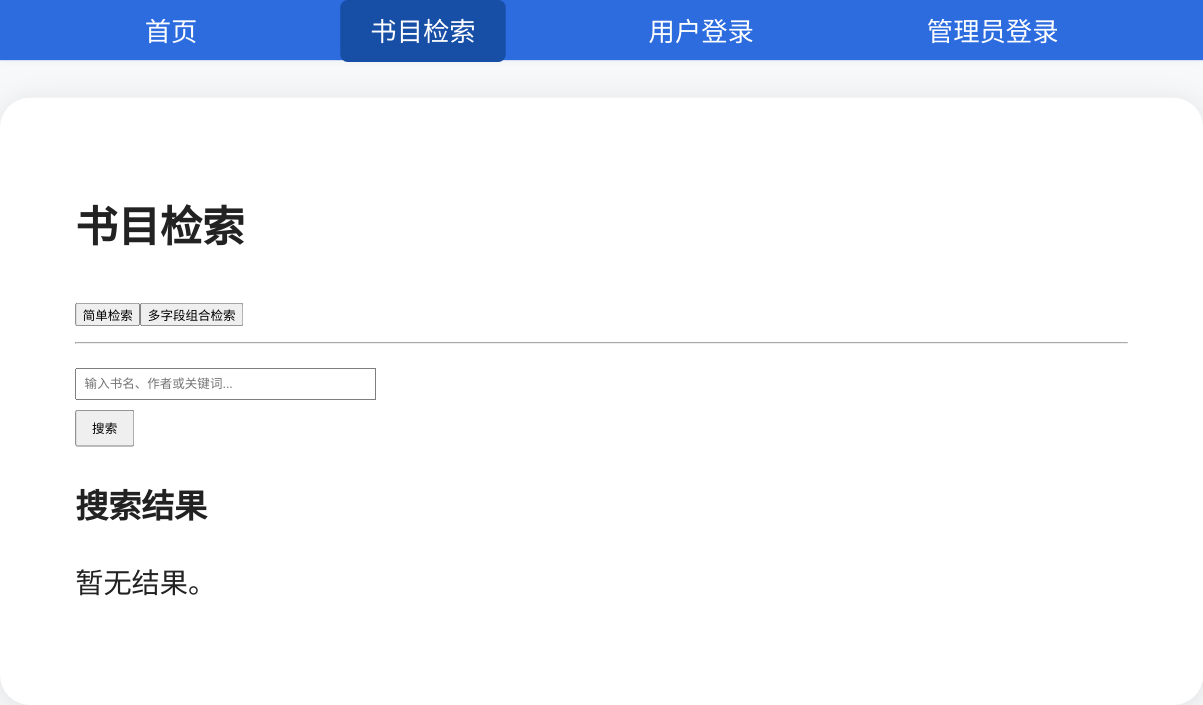
Repository: MercuryRandom/Library-Resource-Management-System
Page: /search (app in frontend/)
An editor plug-in stored every save of this project. The page is shown before and after the next save, followed by the edit.
The browser window is 1280 px wide. The pictures show the whole page, at 94% of full size.
The project was rebuilt for these pictures with package versions that can differ from the ones it lists, and the page was loaded fresh each time. Also part of the build but not shown: frontend/vite.config.js, frontend/src/pages/HomePage.jsx, frontend/src/pages/LoginPage.jsx, frontend/src/pages/RegisterPage.jsx, frontend/src/pages/AdminLoginPage.jsx, frontend/src/pages/AdminPage.jsx, frontend/src/pages/admin/ReaderManagementPage.jsx, frontend/src/pages/admin/BookManagementPage.jsx and 1 more.

Above is the page before, as saved 2025-06-25 20:17:16.

After the next save:
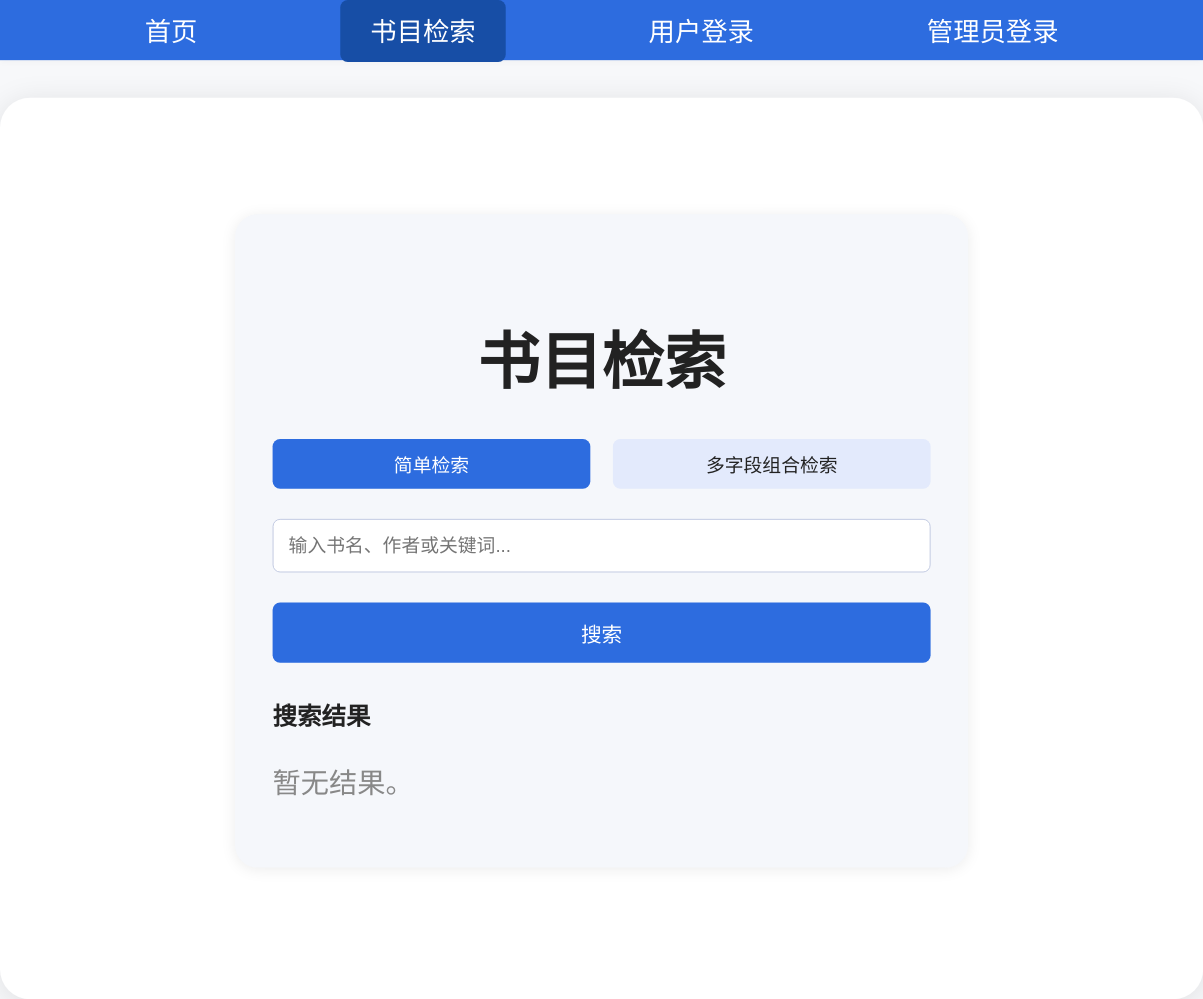
Saved 5 min 13 s later.
--- a/frontend/src/pages/SearchPage.jsx
+++ b/frontend/src/pages/SearchPage.jsx
@@ -12,16 +12,12 @@ const SearchPage = () => {
   };
 
   return (
-    <div>
-      <h2>书目检索</h2>
-
-      <div>
-        <button onClick={() => setSearchType('simple')}>简单检索</button>
-        <button onClick={() => setSearchType('advanced')}>多字段组合检索</button>
+    <div className="form-card" style={{ maxWidth: '700px' }}>
+      <h2 style={{ textAlign: 'center', marginBottom: 32 }}>书目检索</h2>
+      <div style={{ display: 'flex', justifyContent: 'center', gap: 24, marginBottom: 32 }}>
+        <button type="button" onClick={() => setSearchType('simple')} style={{ background: searchType === 'simple' ? '#2d6cdf' : '#e3eafc', color: searchType === 'simple' ? '#fff' : '#222', border: 'none', borderRadius: 8, padding: '12px 32px', fontSize: 20, cursor: 'pointer' }}>简单检索</button>
+        <button type="button" onClick={() => setSearchType('advanced')} style={{ background: searchType === 'advanced' ? '#2d6cdf' : '#e3eafc', color: searchType === 'advanced' ? '#fff' : '#222', border: 'none', borderRadius: 8, padding: '12px 32px', fontSize: 20, cursor: 'pointer' }}>多字段组合检索</button>
       </div>
-
-      <hr />
-
       <form onSubmit={handleSearch}>
         {searchType === 'simple' ? (
           <div>
@@ -30,32 +26,30 @@ const SearchPage = () => {
               value={query}
               onChange={(e) => setQuery(e.target.value)}
               placeholder="输入书名、作者或关键词..."
-              style={{ width: '300px', padding: '8px' }}
+              style={{ width: '100%', padding: '16px', fontSize: 20, borderRadius: 8, border: '1px solid #bfc8e0', marginBottom: 24 }}
             />
           </div>
         ) : (
           <div>
-            {/* 未来在这里添加多字段检索的表单 */}
-            <p>多字段组合检索功能待开发。</p>
+            <p style={{ color: '#888', marginBottom: 16 }}>多字段组合检索功能待开发。</p>
             <input
               type="text"
               value={query}
               onChange={(e) => setQuery(e.target.value)}
               placeholder="多字段检索..."
-              style={{ width: '300px', padding: '8px' }}
+              style={{ width: '100%', padding: '16px', fontSize: 20, borderRadius: 8, border: '1px solid #bfc8e0', marginBottom: 24 }}
               disabled
             />
           </div>
         )}
-        <button type="submit" style={{ padding: '8px 16px', marginTop: '10px' }}>
+        <button type="submit" style={{ width: '100%', padding: '16px', fontSize: 22, background: '#2d6cdf', color: '#fff', border: 'none', borderRadius: 8, cursor: 'pointer' }}>
           搜索
         </button>
       </form>
-
-      <div style={{ marginTop: '20px' }}>
-        <h3>搜索结果</h3>
+      <div style={{ marginTop: '36px' }}>
+        <h3 style={{ fontSize: 26, marginBottom: 12 }}>搜索结果</h3>
         {/* 搜索结果将在这里显示 */}
-        <p>暂无结果。</p>
+        <p style={{ color: '#888' }}>暂无结果。</p>
       </div>
     </div>
   );
